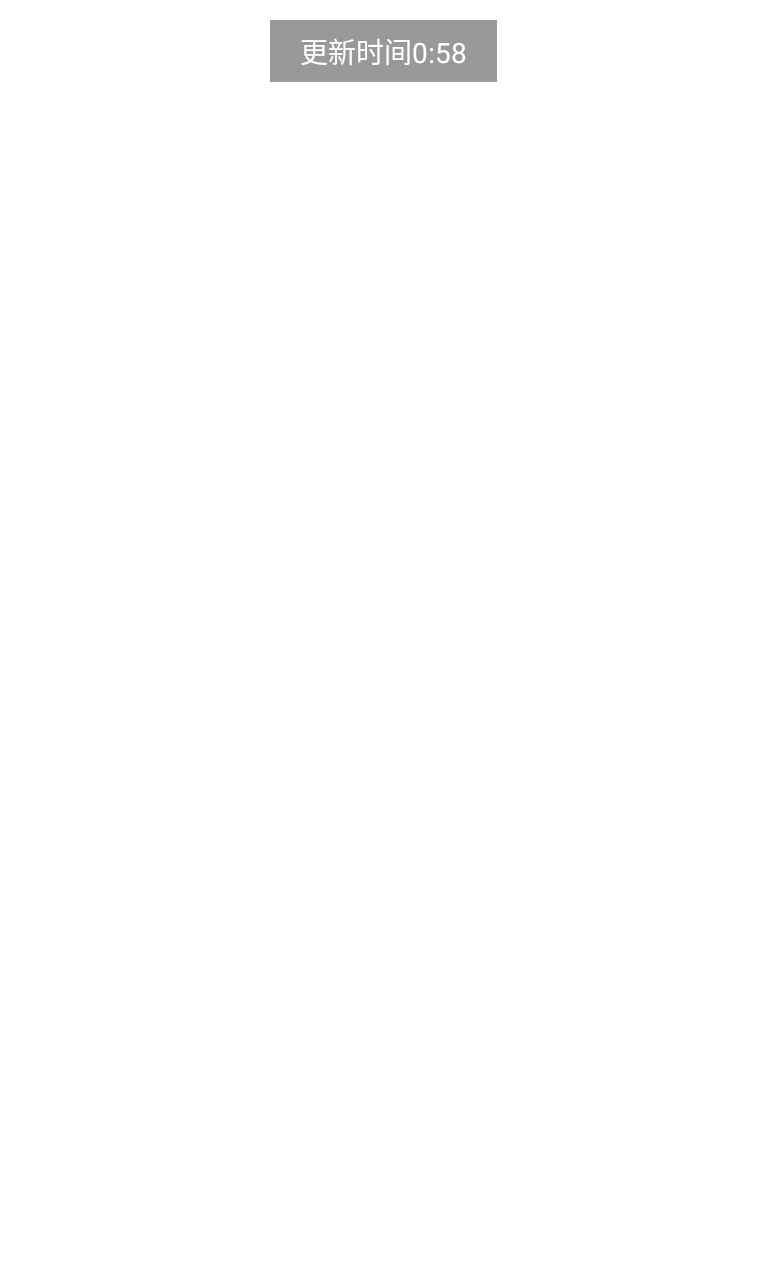
Repository: xuelang201201/Android
Layout: Android网络/天气预报/res/layout/weather_view.xml
The author's editor kept a copy of each file at every save. The layout is drawn from the files as they stood at one save, then again after the next save.
It is drawn on a 768 x 1280 px phone screen (xhdpi) without system bars, with theme AppBaseTheme; the app's code is not run.

Above is the layout before, as saved 2016-03-29 08:40:05.

After the next save:
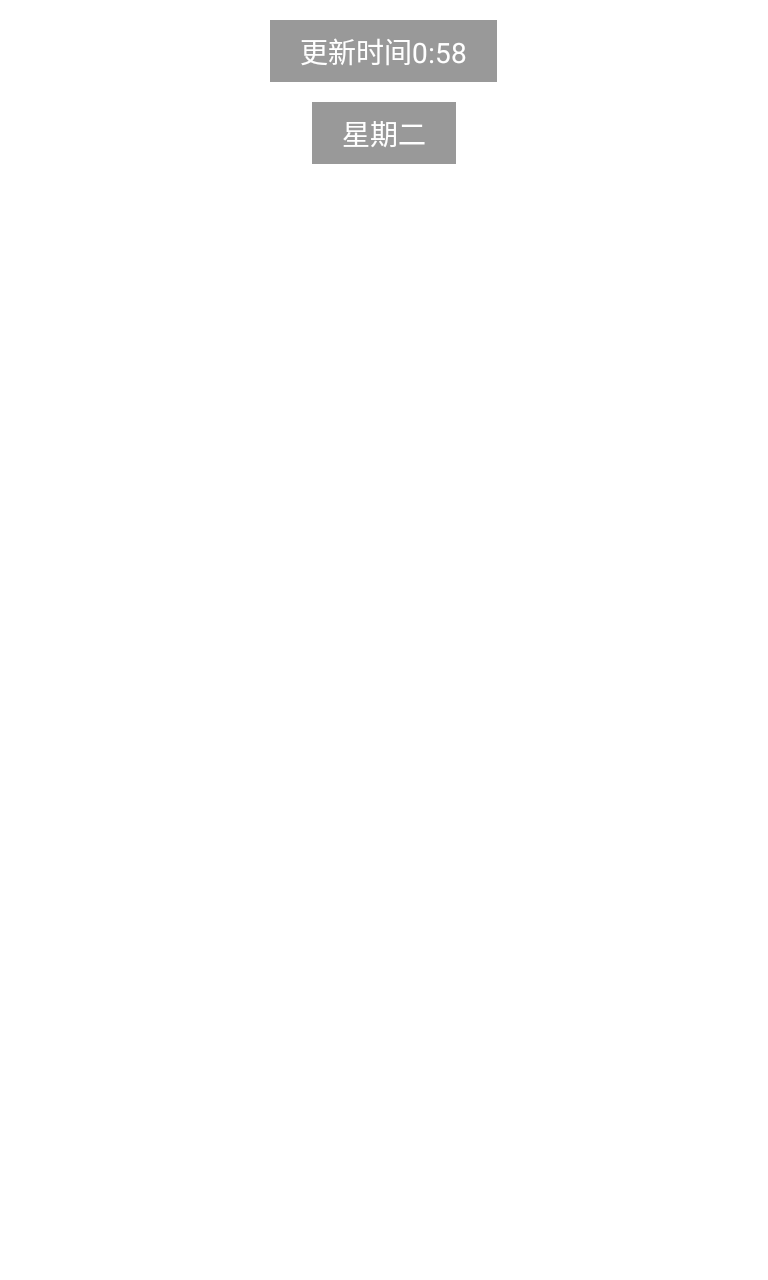
Saved 21 s later.
--- a/Android网络/天气预报/res/layout/weather_view.xml
+++ b/Android网络/天气预报/res/layout/weather_view.xml
@@ -18,4 +18,18 @@
         android:layout_gravity="center_horizontal"
         android:textColor="#ffffff" />
 
+    <TextView
+        android:id="@+id/tv_weather_updatetime"
+        android:layout_width="wrap_content"
+        android:layout_height="wrap_content"
+        android:paddingLeft="15dp"
+        android:paddingRight="15dp"
+        android:paddingTop="5dp"
+        android:paddingBottom="5dp"
+        android:text="星期二"
+        android:layout_marginTop="10dp"
+        android:background="#999999"
+        android:layout_gravity="center_horizontal"
+        android:textColor="#ffffff" />
+
 </LinearLayout>
